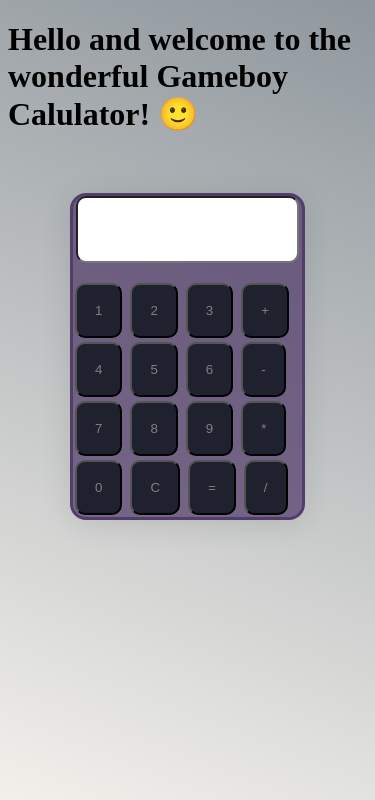
Repository: CrazyPaine/GameBoy-Calculator
Page: index.html
The author's editor kept a copy of each file at every save. The page is drawn from the files as they stood at one save, then again after the next save.
The browser window is 375 px wide. The pictures show the whole page.

Above is the page before, as saved 2024-02-04 19:22:25.

After the next save:
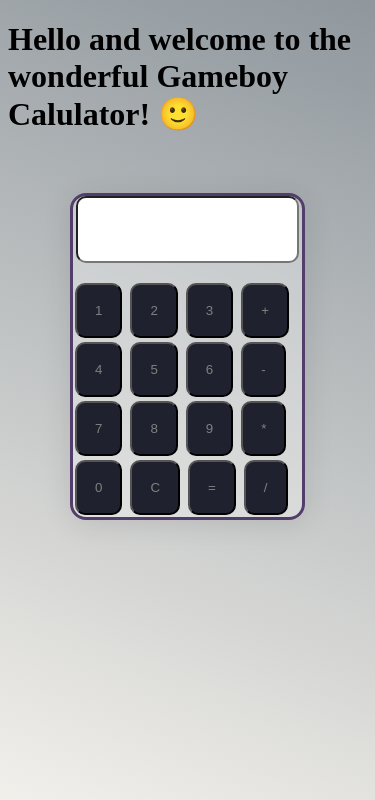
Saved 6 min 37 s later.
--- a/styles.css
+++ b/styles.css
@@ -48,11 +48,11 @@ body {
     border: 3px solid #533D6B;
     border-radius: 10px;
     width:fit-content;
-    background: rgba(83, 61, 107, 0.73);
+    background: rgba(255, 255, 255, 0.32);
     border-radius: 16px;
     box-shadow: 0 4px 30px rgba(0, 0, 0, 0.1);
-    backdrop-filter: blur(2.7px);
-    -webkit-backdrop-filter: blur(2.7px);
+    backdrop-filter: blur(1.7px);
+    -webkit-backdrop-filter: blur(1.7px);
     height: fit-content;
     margin: 20px auto;
 }
